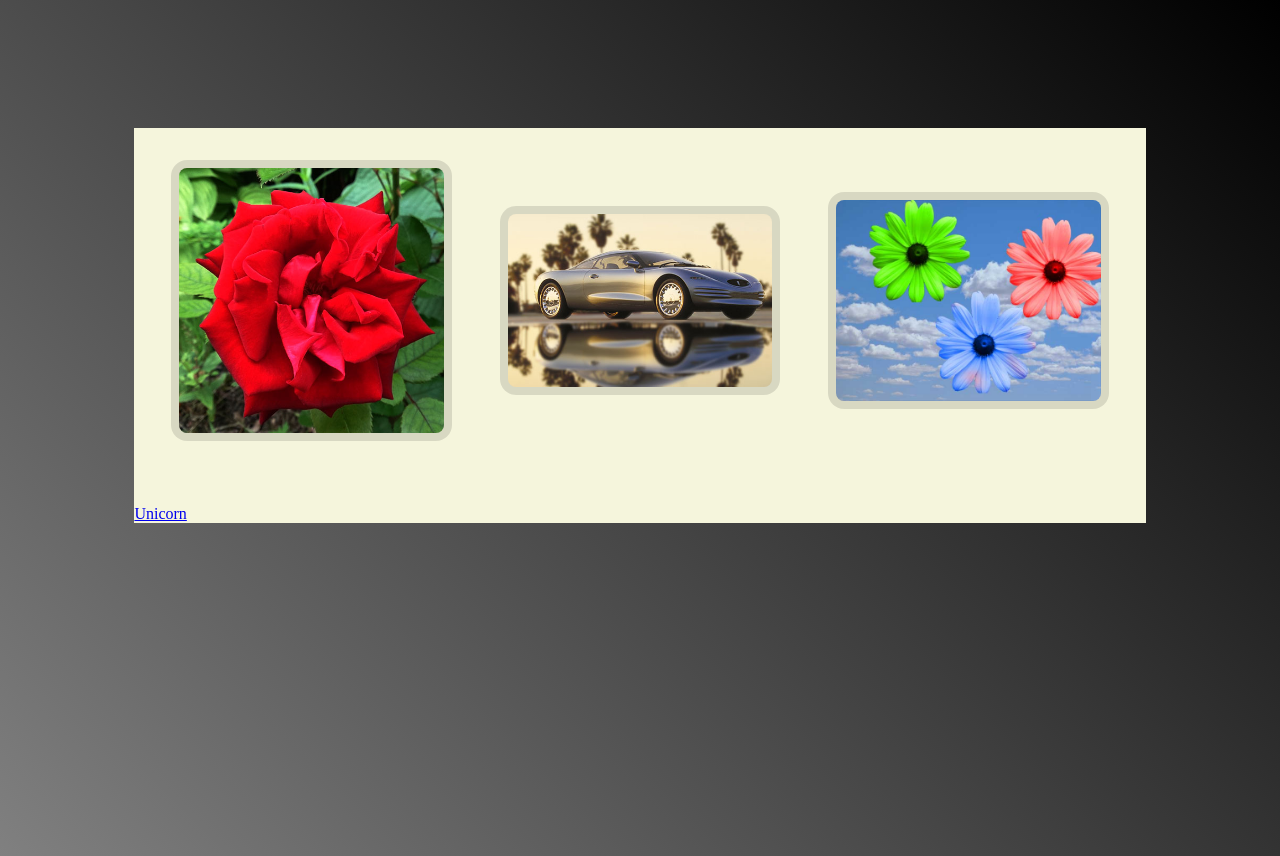
Repository: ViggoSkj/VGY
Page: ovningar/photoshopovning/photoshopovning.html
An editor plug-in stored every save of this project. The page is shown before and after the next save, followed by the edit.
The browser window is 1280 px wide. The pictures show the whole page.

Above is the page before, as saved 2022-11-27 12:11:42.

### ovningar/photoshopovning/photoshopovning.html
<!DOCTYPE html>
<html lang="en">
    <head>
        <meta charset="UTF-8">
        <meta http-equiv="X-UA-Compatible" content="IE=edge">
        <meta name="viewport" content="width=device-width, initial-scale=1.0">
        <title>Document</title>
        <link rel="stylesheet" href="public/css/style.css">
    </head>
    <body>
        <div class="container">
            <div class="images">
                <img src="public/images/ros_edited.jpg" alt="ros">
                <img src="public/images/bil_edited.jpg" alt="bil">
                <img src="public/images/sky_and_flower.jpg" alt="1 röd, 1, blå och 1 grönn blomma på en himmel">
            </div>

            <div id="myfooter">
                <a href="https://validator.w3.org/unicorn/check?ucn_uri=labb.vgy.se/~viggosg/ovningar/photoshopovningar.html&ucn_task=conformance">Unicorn</a>
             </div>
        </div>
    </body>
</html>

### ovningar/photoshopovning/public/css/style.css
body
{
    background-image: linear-gradient(45deg, gray, black);
    height: 100vh;
}

.container
{
    background-color: beige;
    margin: auto;
    margin-top: 8em;
    width: 80%;
}

img
{

    width: 30%;
    border-radius: 1em;
    padding: 0.5em;
    background-color: rgba(0, 0, 0, 0.116);
}

.images
{
    display: flex;
    justify-content: center;
    gap: 3em;
    align-items: center;
    padding: 2em;
    margin: 2em;
}

After the next save:
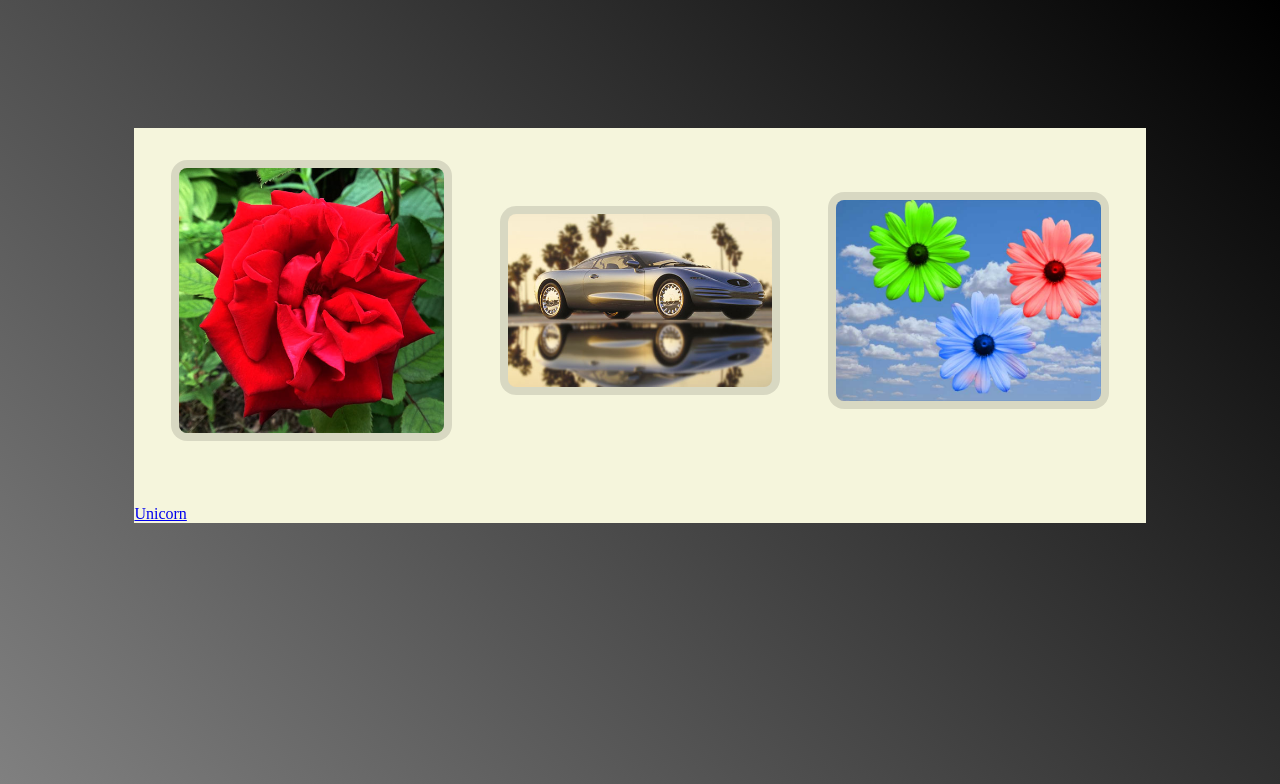
Saved 7 s later.
--- a/ovningar/photoshopovning/public/css/style.css
+++ b/ovningar/photoshopovning/public/css/style.css
@@ -1,7 +1,7 @@
 body
 {
     background-image: linear-gradient(45deg, gray, black);
-    height: 100vh;
+    height: 90vh;
 }
 
 .container
